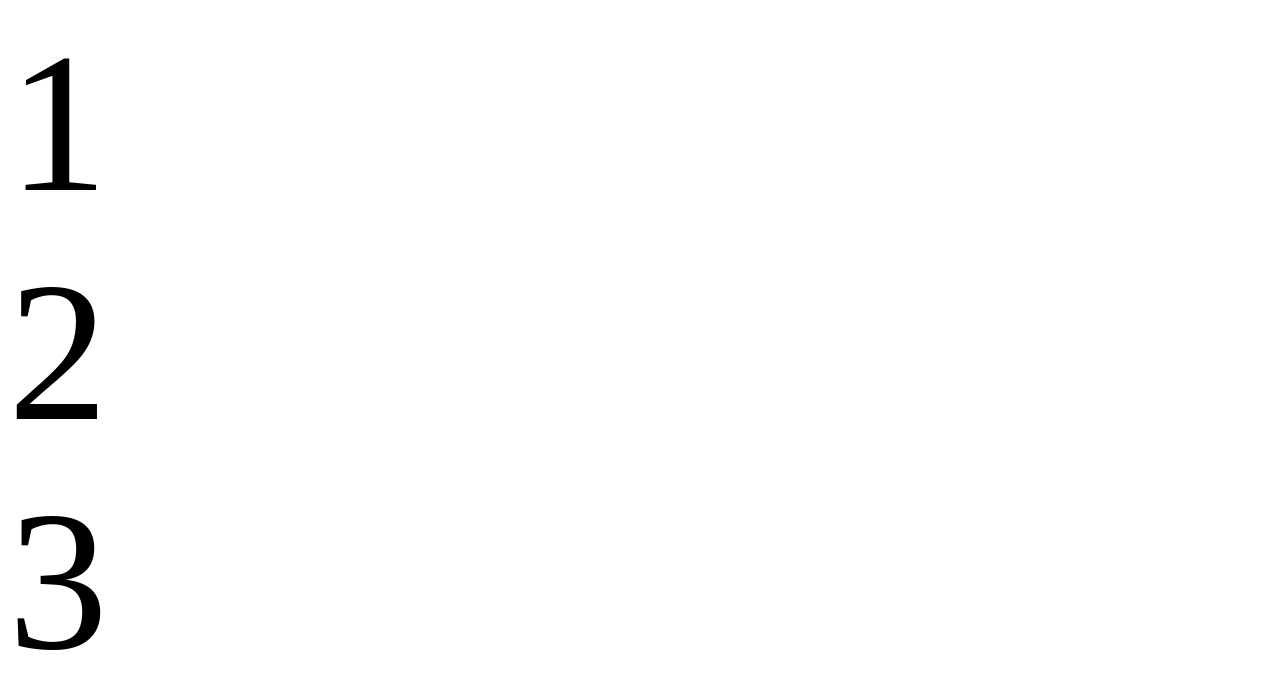
Repository: Germtao/Web
Page: web_css/css_浮动.html
An editor plug-in stored every save of this project. The page is shown before and after the next save, followed by the edit.
The browser window is 1280 px wide. The pictures show the whole page.

Above is the page before, as saved 2020-10-29 17:45:23.

After the next save:
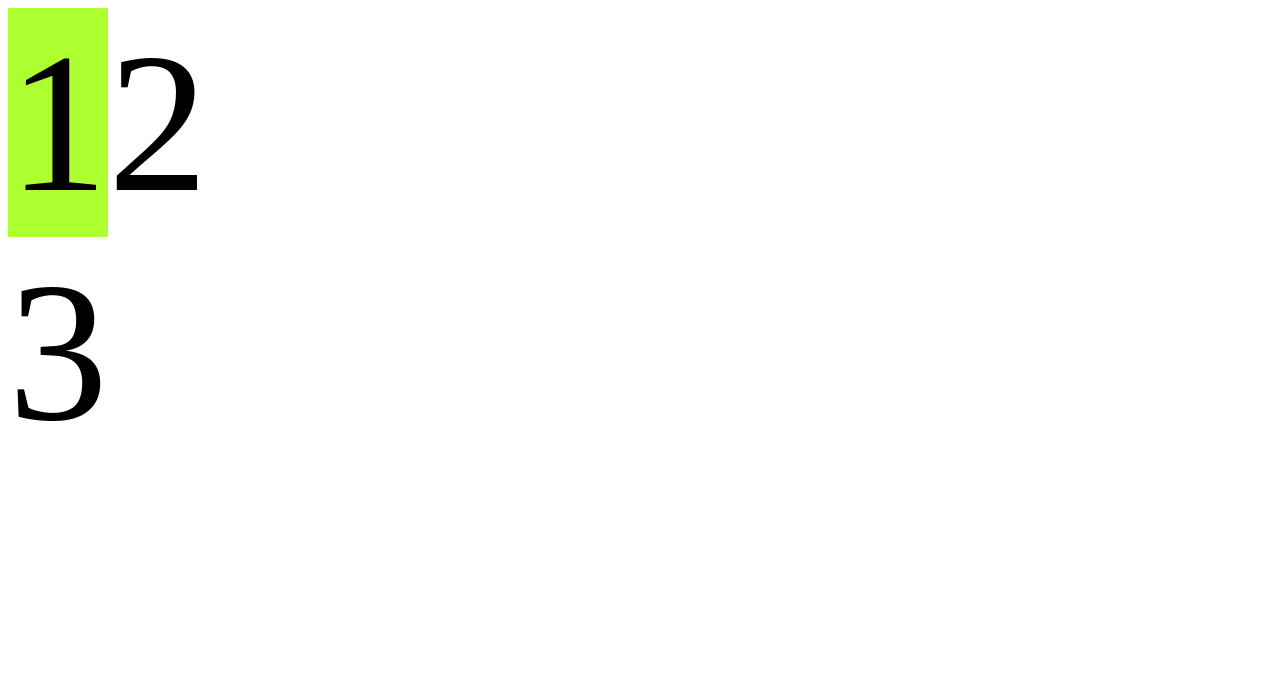
Saved 14 s later.
--- a/web_css/css_浮动.html
+++ b/web_css/css_浮动.html
@@ -71,7 +71,10 @@
       font-size: 200px;
     }
 
-    .div1 {}
+    .div1 {
+      float: left;
+      background-color: greenyellow;
+    }
   </style>
 </head>
 
